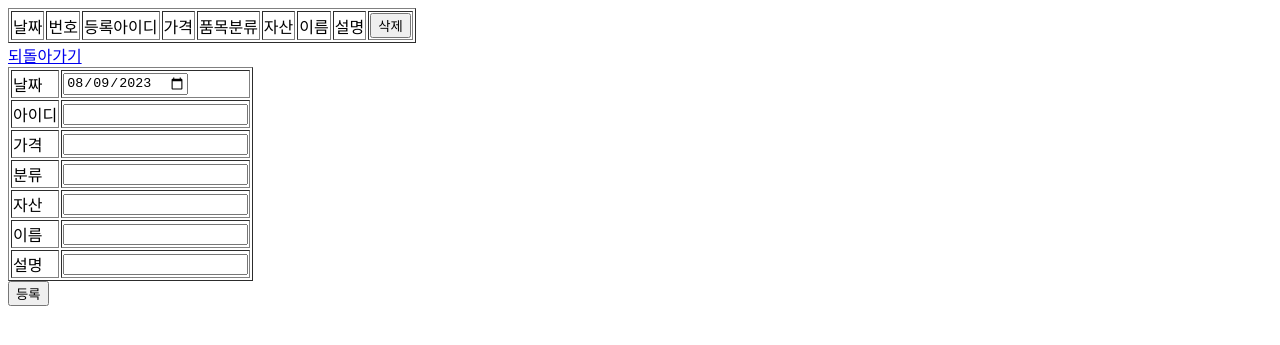
Repository: hdk8572/kh_MoneyManager
Page: http://localhost/Semi_backup/user/main
An editor plug-in stored every save of this project. The page is shown before and after the next save, followed by the edit.
The browser window is 1280 px wide. The pictures show the whole page.
The page is served by Tomcat 9. Queries for data that is not in the repository find no rows.

Above is the page before, as saved 2023-08-10 08:03:27.

After the next save:
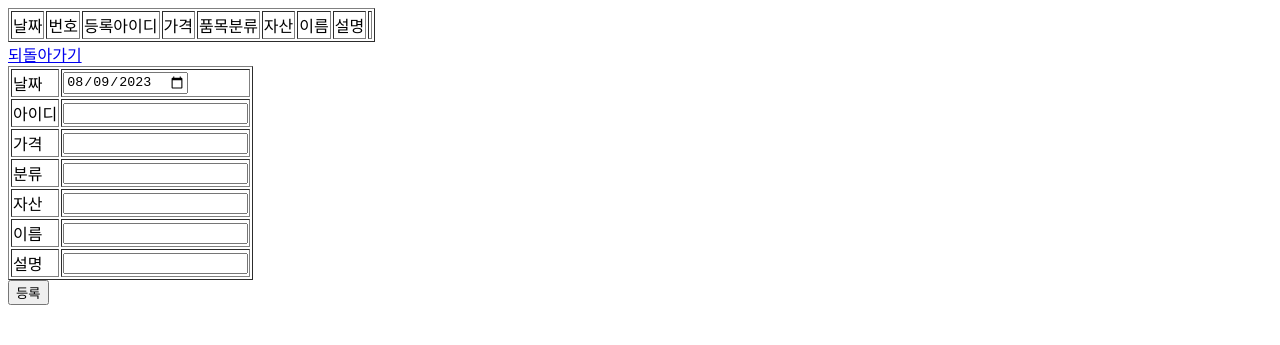
Saved 4 s later.
--- a/Semi_backup/src/main/webapp/WEB-INF/user/main.jsp
+++ b/Semi_backup/src/main/webapp/WEB-INF/user/main.jsp
@@ -20,7 +20,7 @@
 				<td>자산</td>
 				<td>이름</td>
 				<td>설명</td>
-				<td><button type="button">삭제</button></td>
+				<td></td>
 			</tr>
 			<c:forEach items="${ulist}" var="ul">
 			<tr>
